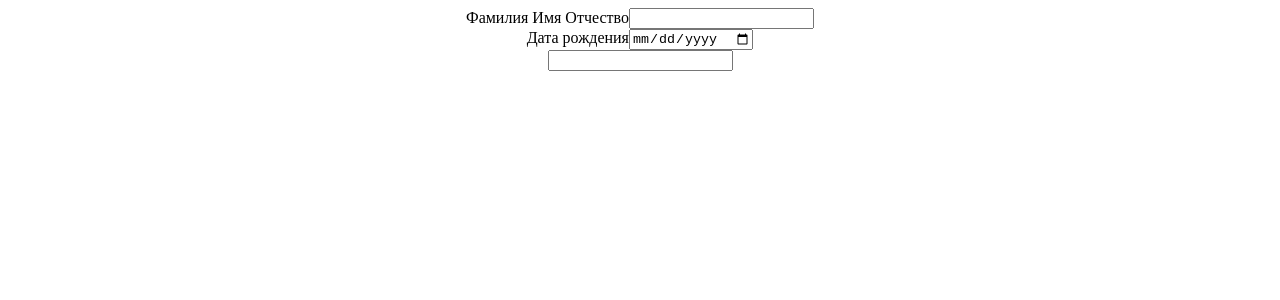
Repository: asya-aisa/test-work
Page: /
These files come from the project's save history. The page is drawn as it stood at one moment and after the next save; the edit follows.
The browser window is 1280 px wide. The pictures show the whole page.
The project was rebuilt for these pictures with package versions that can differ from the ones it lists, and the page was loaded fresh each time.

Above is the page before, as saved 2023-07-19 22:17:49.

After the next save:
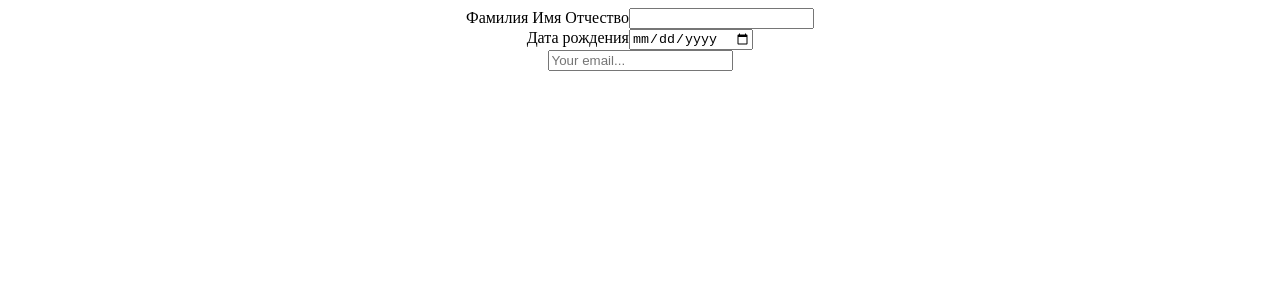
Saved 23 s later.
--- a/src/InfoPartOne.js
+++ b/src/InfoPartOne.js
@@ -39,7 +39,7 @@
                 <label>{this.state.textIfUnder18}</label>
                 </div>
                 <div>
-                    <input type="email"  />
+                    <input type="email" placeholder="Your email..." required=""  />
                 </div>
 
             </div>

After the save that followed:
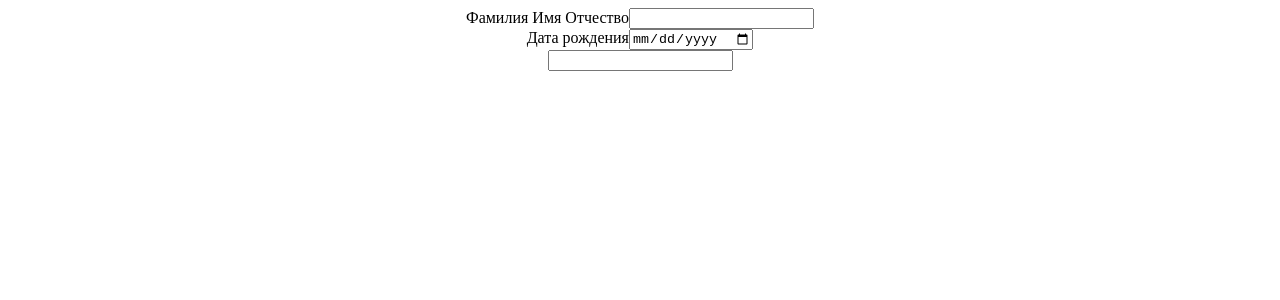
Saved 12 s later.
--- a/src/InfoPartOne.js
+++ b/src/InfoPartOne.js
@@ -39,7 +39,7 @@
                 <label>{this.state.textIfUnder18}</label>
                 </div>
                 <div>
-                    <input type="email" placeholder="Your email..." required=""  />
+                    <input type="email" required=""  />
                 </div>
 
             </div>
